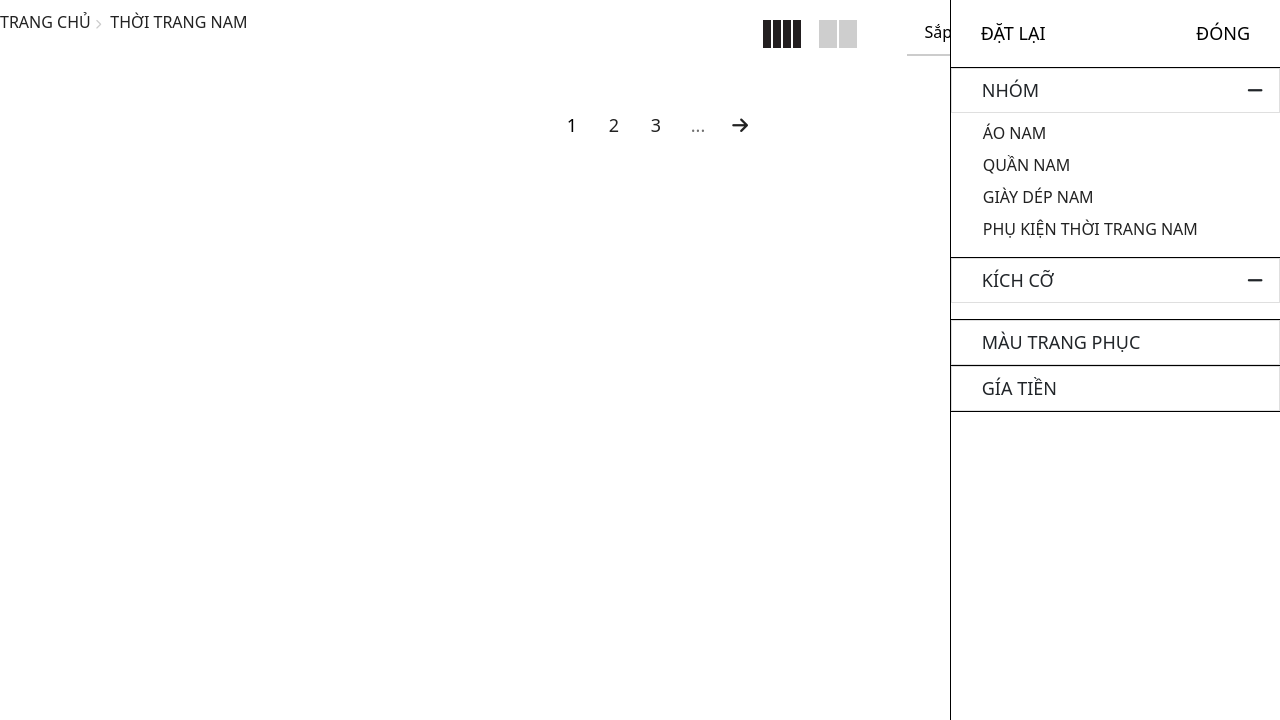
Repository: NguyenQuangQuan021099/FE_Page-Male
Page: index.html
An editor plug-in stored every save of this project. The page is shown before and after a run of saves, followed by the edit.
The browser window is 1280 px wide. The pictures show the whole page.
After loading, the first visible `button.list-group-item` was clicked once.
The page's requests for data from a server got no answer. Some web libraries are served in a nearby version.

Above is the page before, as saved 2021-07-08 18:57:44.

### index.html
<!DOCTYPE html>
<html lang="en">
<head>
    <meta charset="UTF-8">
    <meta http-equiv="X-UA-Compatible" content="IE=edge">
    <script src="https://kit.fontawesome.com/ce2ff1d6ed.js" crossorigin="anonymous"></script>
    <link href="https://cdn.jsdelivr.net/npm/bootstrap@5.0.1/dist/css/bootstrap.min.css" rel="stylesheet" integrity="sha384-+0n0xVW2eSR5OomGNYDnhzAbDsOXxcvSN1TPprVMTNDbiYZCxYbOOl7+AMvyTG2x" crossorigin="anonymous">
    <script src="https://code.jquery.com/jquery-3.6.0.min.js" integrity="sha256-/xUj+3OJU5yExlq6GSYGSHk7tPXikynS7ogEvDej/m4=" crossorigin="anonymous"></script>
    <meta name="viewport" content="width=device-width, initial-scale=1.0">
    <link rel="stylesheet" href="style.css">
    <title>Trang Nam</title>
</head>
<body>
<div class="main">
<!-- -------------------------Begin Nav-------------------------------------------------- -->
<div class="category__product__action d-flex ">
    <div class="breadcrumbs">
        <a href="" title="Đi đến trang chủ">TRANG CHỦ</a>
        <i style="color: #ccc; font-size: 10px; margin-right: 5px; padding-bottom: 2px;" class="fas fa-chevron-right"></i>
        <span style="color: #222">THỜI TRANG NAM</span>
    </div>
    <div class="nav-2">
    <div class="toolbar__product ">
      <a href="#" class="active" title="Lưới" ></a>
      <a href="#" class="disable" title="Danh sách" ></a>
    </div>
    <!-- --------------begin dropdown ------------------>
    <div class="dropdown">
      <button class="btn btn-secondary dropdown-toggle" type="button" id="dropdownMenuButton1" data-bs-toggle="dropdown" aria-expanded="false">
        Sắp xếp theo
      </button>
      <ul class="dropdown-menu sorter" aria-labelledby="dropdownMenuButton1" .>
        <li><a class="dropdown-item" href="#">Thứ tự chữ cái A-Z</a></li>
        <li><a class="dropdown-item" href="#">Thứ tự chữ cái Z-A</a></li>
        <li><a class="dropdown-item" href="#">Giá tăng dần</a></li>
        <li><a class="dropdown-item" href="#">Giá giảm dần</a></li>
        <li><a class="dropdown-item" href="#">Sản phẩm mới nhất</a></li>
      </ul>
    </div>
    <!-- -------------------end dropdown ---------------->

    <!-------------------- begin filter---------------- -->
  <div class="filter__toggle">
    <div class="list-group">
      <button class="list-group-item list-group-item-action actived-list" aria-current="true" >
        + LỌC SẢN PHẨM (0)
      </button>
      <div class="list-select">
        <div class="list-group-item list-group-item-action reset-close">
          <button class="reset">ĐẶT LẠI</button>
          <button class="close">ĐÓNG</button>
        </div>
        <div class="filter-option-list">
          <div class="filter-option">
            <button class="list-group-item list-group-item-action btn__item actived">NHÓM
              <div class="icon">
                <i class="fas fa-plus icon-1"></i>
                <i class="fas fa-minus icon-2"></i>
              </div>
            </button>
            <div class="item__male">
              <ul class="items">
                <li class="item"> <a href="">ÁO NAM</a></li>
                <li class="item"> <a href="">QUẦN NAM</a></li>
                <li class="item"> <a href="">GIÀY DÉP NAM</a></li>
                <li class="item"> <a href="">PHỤ KIỆN THỜI TRANG NAM</a></li>
              </ul>
            </div>
          </div>

        <div class="filter-option">
          <button class="list-group-item list-group-item-action btn__item actived">KÍCH CỠ
            <div class="icon">
              <i class="fas fa-plus icon-1"></i>
              <i class="fas fa-minus icon-2"></i>
            </div>
          </button>
          <div class="item__male">
            <ul class="items items-size">

            </ul>
          </div>
        </div>
        <div class="filter-option">
          <button class="list-group-item list-group-item-action btn__item">MÀU TRANG PHỤC</button>
        </div>
        <div class="filter-option">
        <button class="list-group-item list-group-item-action btn__item">GÍA TIỀN</button>
        </div>
        </div>
      </div>
    </div>
  </div>
<!-- -------------------End filter--------------------- -->
</div>
</div>

<!-- --------------------End Nav----------------------- -->

<!-------------------Begin product--------------------- -->
<div class="product">
        <ol id="product-list-items">

        </ol>
</div>
<!-------------------End product--------------------- -->

<!-- -------------Begin pagination --------------------->
<div class="pagination ">
  <ul class="list__pag ">
    <li class="item__current"><a href="#">1</a></li>
        <li class="item"><a href="#">2</a></li>
        <li class="item"><a href="#">3</a></li>
        <li class="item"><span>...</span></li>
        <li class="item__next"><a href="#" title="Tiếp theo"><i class="fas fa-arrow-right"></i></a></li>
  </ul>
</div>
<!-- -------------End pagination ---------------------->
</div>
    <script src="./app.js"></script>
    <script src="https://cdn.jsdelivr.net/npm/@popperjs/core@2.9.2/dist/umd/popper.min.js" integrity="sha384-IQsoLXl5PILFhosVNubq5LC7Qb9DXgDA9i+tQ8Zj3iwWAwPtgFTxbJ8NT4GN1R8p" crossorigin="anonymous"></script>
    <script src="https://cdn.jsdelivr.net/npm/bootstrap@5.0.1/dist/js/bootstrap.min.js" integrity="sha384-Atwg2Pkwv9vp0ygtn1JAojH0nYbwNJLPhwyoVbhoPwBhjQPR5VtM2+xf0Uwh9KtT" crossorigin="anonymous"></script>
</body>
</html>

### style.css
*{
    margin: 0;
    padding: 0;
    box-sizing: border-box;
}

html{
    font-family: Arial, Helvetica, sans-serif;
}

a, a:hover{
    color: #222;
    text-decoration: none;
}

.category__product__action{
    margin: 10px 0 50px 0;
    position: relative;
}

.nav-2{
    display: flex;
    position: absolute;
    right: 10px;
}
.toolbar__product{
    margin-top: 10px;
}
.toolbar__product a{
    height: 28px;
    display: inline-block;
    width: 38px;
    background-repeat: no-repeat;
}

.toolbar__product .active{
    background-image: url(./img/grid4active.svg);
    padding-right: 52px;
}

.toolbar__product .disable{
    background-image: url(./img/grid2disable.svg);
}

/* Dropdown css */
.dropdown{
    margin: 0 50px;
}

.btn-secondary {
    width: 160px;
    height: 46px;
    color: black;
    background-color: white;
    border-style: none;
    border-bottom: 2px solid #ccc;
    border-radius: 0px;
    padding: 0 25px 0 13px;
}


.btn-secondary:hover{
    color: black;
    background-color: white;
    border-bottom: 1px solid #ccc;

}

.btn-check:focus+.btn-secondary, .btn-secondary:focus {
    color: black;
    background-color: #fff;
    border-color: rgb(54, 52, 52);
    box-shadow: none;
    outline: none;
}
.sorter .dropdown-item:hover {
    color: white;
    background-color: #1777f2;
}

/* End dropdown */

/*  product items css */
/* filter css */
.list-group .actived-list{
    background-color: #fff;
    border-style: none;
    color:black ;
    padding: 0;
}

.reset-close{
    width: 100%;
    padding: 20px 0 ;
    display: flex;
    justify-content: space-between;
    border-style: none;
    border-bottom: 1px solid black;
    position: relative;

}
.reset-close button{
    font-size: 18px;
    margin: 0 30px;
    border-style: none;
    background-color: #fff;
}

/* begin filter */
.filter__toggle{
    margin-top: 10px;
}

.list-select{
    width: 25.8%;
    height: 100%;
    position: fixed;
    top: 0;
    display: none;
    right: 0;
    z-index: 2;
    background-color: #fff;
    border-left: 1px solid black;
    animation: mymove ease-in-out .8s;
    tra
}

.list-group-item-action:hover{
    background-color: #fff;
}

.list-select button{
   font-size: 18px;
}

.btn__item{
    padding-left: 30px;
    display: flex;
    justify-content: space-between;
}

.list-group .item__male ul li{
    list-style: none;
    padding-top: 8px;
}

.filter-option-list{
    height: 95vh;
    overflow-y: scroll;
}

.filter-option{
    border-bottom: 1px solid black;
}

.filter-option button .icon{
   display: inline-block;

}

.filter-option button .icon .icon-1{
    display: none;
}


@keyframes mymove{
    0%{
        right: -100%;
    }

    100%{
        right: 0;
    }
}

/* end filter css */
/* product items css */
.product{
     max-width: 100%;
     padding-left: 12px;
}

.product ol{
    display: flex;
    flex-wrap: wrap;
    padding-left: 0;
}

.product #product-list-items .product-items{
    width: 25%;
    list-style: none;
    margin-bottom: 30px;
}

li .renderItems  a img{
    width: 100%;
    object-fit: cover;
    padding: 3px;
}

li .renderItems  .sub__div{
    padding-top: 16px;
    display: flex;
    flex-direction: column;
}

li .renderItems .sub__div .title{
    color: #222;
    font-weight: 500;
    text-transform: uppercase;
    font-size: 12px;
    text-decoration: none;
}

li .renderItems .sub__div .price{
    opacity: 0.7;
    font-size: 16px;
    font-family: Roboto;
}

li .renderItems .sub__div a{
    position: relative;
    display: inline-block;
}

li .renderItems .sub__div .img__mini{
    width: 22px;
    height: 22px;
}

li .renderItems .sub__div a img{
    width: 100%;
    object-fit: none;
}

li .renderItems .sub__div a img:hover{
    border: 1px solid black;
}

li .renderItems .sub__div a .sub__content{
    position: absolute;
    padding: 10px 30px;
    border: 1px solid black;
    border-radius: 5px;
    background-color: #fff;
    top: -50px;
    display: none;
}

li .renderItems .sub__div a:hover .sub__content{
    display: block;
}

/* End product items */

/* Begin pagination */
.pagination{
    display: block;
}

.pagination ul{
    display: flex;
    justify-content: center;
}
.pagination ul li{
    list-style: none;
    width: 30px;
    height: 30px;
    font-size: 18px;
    color: #707070;
    margin: 12px 6px;
    text-align: center;
}

.pagination ul .item__current a{
    color: black;
}

.pagination ul li:hover a{
    background-color: #ccc;
    border-radius: 2px;
    padding: 6px 12px;
}

/* End paginaton */

/* Responsive */
/* Mobile : width < 720px */


/* tablet : width >= 740px and width < 1024px */
@media screen and  (min-width: 360px) and (max-width: 1024px) {

    /* .category__product__action{
        padding: 0 20px;
        margin-bottom: 0;
    }



    .toolbar__product{
        display: none;
    }


    ol, ul {
        padding-left: 0  !important;
    }

    ol>:first-child{
      width: 100% !important;
      padding-right: 12px;
    }

    ol >:first-child .renderItems a img{
        width: 100% !important;
    }

    li{
        width: 50% !important;
        padding-right: 10px;
    }

    .pagination ul li{
        width: 30px !important;
    } */

}

@media screen and (min-width: 1024px){
    .category__product__action{
        display: none ;
    }

}

### app.js
let itemAPI = "http://localhost:3000/items";
let sizeAPI = "http://localhost:3000/listSize";

function start() {
    getItem(renderItems);
    getSize(renderListSize);
}
start();

// lay ra item
function getItem(callback) {
    fetch(itemAPI)
    .then(function(response){
        return response.json();
    })
    .then(callback);
}

//render item
function renderItems(items){
    let listItemsBlock = document.querySelector("#product-list-items");
    let htmls = items.map(function(item){
        return `
        <li class="product-items">
            <div class="renderItems">
                <a href=""><img src="${item.image}" alt="" srcset=""></a>

                <div class="sub__div">

                    <a href="#" class="title"> ${item.title} </a> <br>

                    <span class="price">${item.price}</span> <br>

                        <a class="img__mini" href="#"> <img src="${item.miniimg}">
                            <div class="sub__content">
                                ${item.contentmini1}
                            </div>
                        </a>
                </div>
            </div>
        </li>
        `;
    });
    listItemsBlock.innerHTML = htmls.join('');
}

// render list size clothing
function getSize(callback) {
    fetch(sizeAPI)
    .then(function(response){
        return response.json();
    })
    .then(callback);
}

function renderListSize(listSize){
    let listSizeBlock = document.querySelector(".items-size");
    console.log(listSizeBlock);
    let htmls = listSize.map(function(size){
        return `
            <li class="item"> <a href=""> ${size.sizeClothing}</a></li>
        `;
    });
    listSizeBlock.innerHTML = htmls.join('');
    console.log(htmls);
}


// $('.show-hide').on("click", function(e){
//     $(this).find('.hide').css("display", "none");
//     $(this).find('.show').css("display", "block");
//     e.preventDefault();
// })


// filter actions
$('.actived-list, .close').on("click", function(){
    $(this).parent('.list-group').find('.list-select').toggle();
    $(this).parents('.list-select').toggle();

})

$('.actived, .not-actived').on("click", function(){
    $(this).find('.icon-1').toggle();
    $(this).find('.icon-2').toggle();
    $(this).parent('.filter-option').find('.item__male').toggle();
        if ($(this).hasClass('actived')) {
            $(this).removeClass('actived').addClass('not-actived');
        } else {
                $(this).removeClass('not-actived').addClass('actived');
        }
})


$('.reset').on("click", function(){
   $(this).parents('.list-select').find('.item__male').show();
   $(this).parents('.list-select').find('.icon-1').hide();
   $(this).parents('.list-select').find('.icon-2').show();
})

After the next 11 saves:
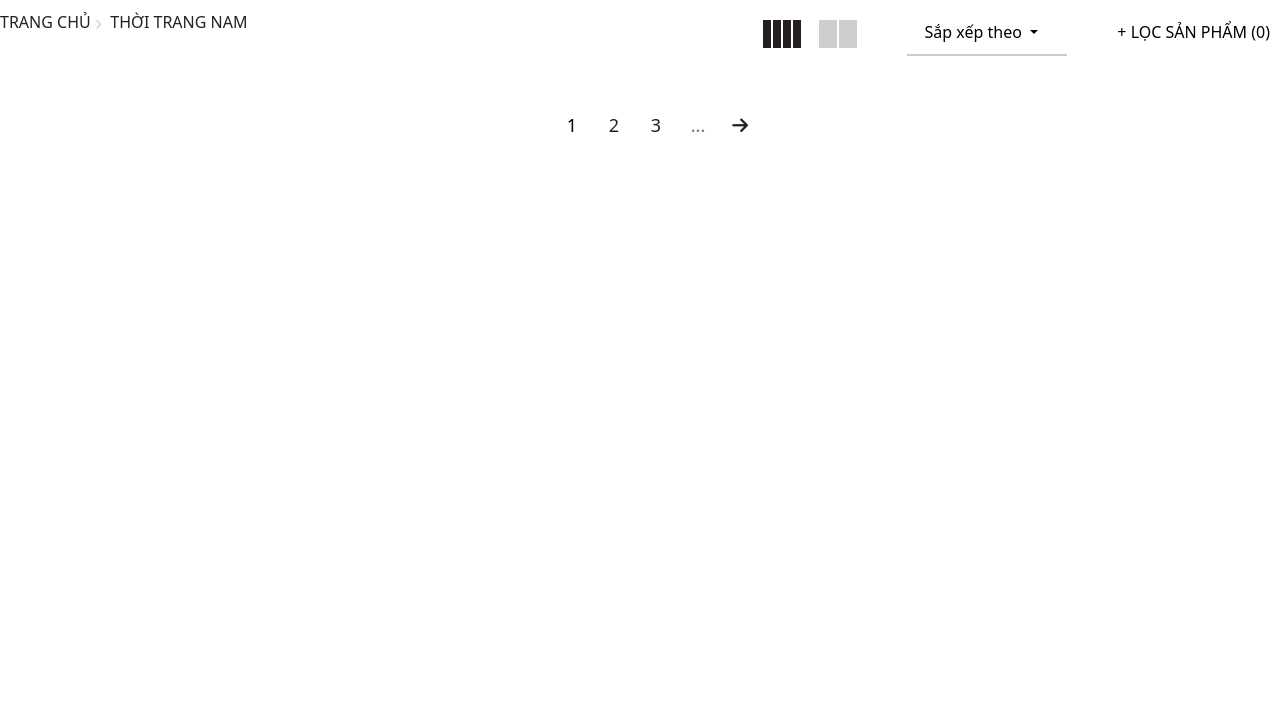
The 11 saves are shown as one change because they came seconds apart.
The last was saved 25 s later.
--- a/style.css
+++ b/style.css
@@ -122,7 +122,7 @@
     background-color: #fff;
     border-left: 1px solid black;
     animation: mymove ease-in-out .8s;
-    tra
+    transform: translateX(100%);
 }
 
 .list-group-item-action:hover{

After the 3 saves that followed:
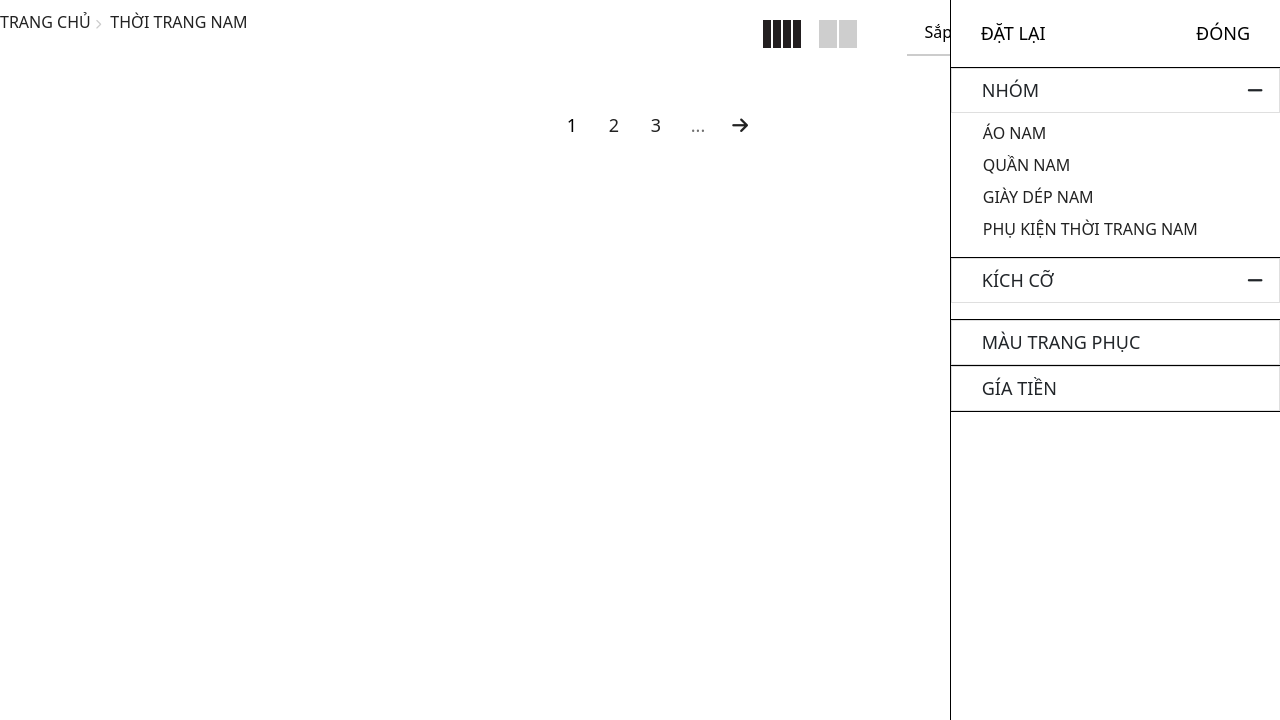
The 3 saves are shown as one change because 2 left the picture as it was.
The last was saved 65 s later.
--- a/style.css
+++ b/style.css
@@ -122,7 +122,6 @@
     background-color: #fff;
     border-left: 1px solid black;
     animation: mymove ease-in-out .8s;
-    transform: translateX(100%);
 }
 
 .list-group-item-action:hover{
